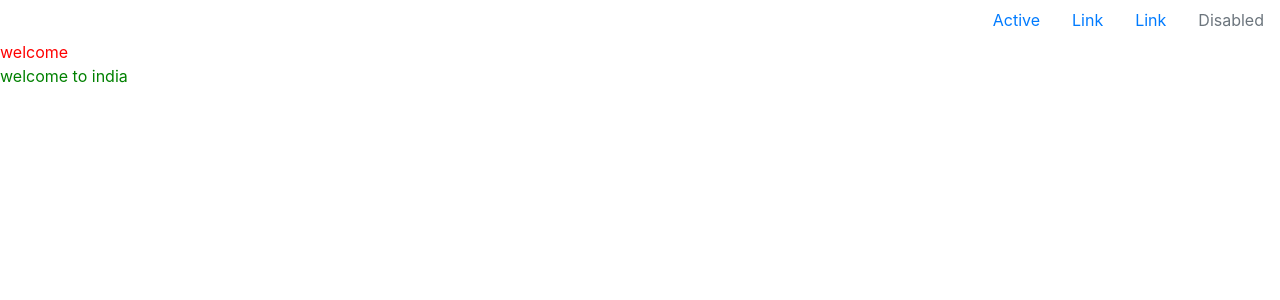
Repository: Green-Technologies-Angular/HTML
Page: index.html
The author's editor kept a copy of each file at every save. The page is drawn from the files as they stood at one save, then again after the next save.
The browser window is 1280 px wide. The pictures show the whole page.
Some web libraries are served in a nearby version.

Above is the page before, as saved 2019-01-30 09:44:58.

### index.html
<!DOCTYPE html>
<html>

<head>
    <title>Title of the document</title>
    <link rel="stylesheet" href="https://stackpath.bootstrapcdn.com/bootstrap/4.2.1/css/bootstrap.min.css" integrity="sha384-GJzZqFGwb1QTTN6wy59ffF1BuGJpLSa9DkKMp0DgiMDm4iYMj70gZWKYbI706tWS"
        crossorigin="anonymous">
    <style>
        .name{
            color:red;
        }
        .name.clr{
            color: green;
        }
    </style>
</head>

<body>
    <ul class="nav justify-content-end">
        <li class="nav-item">
            <a class="nav-link active" href="#">Active</a>
        </li>
        <li class="nav-item">
            <a class="nav-link" href="#">Link</a>
        </li>
        <li class="nav-item">
            <a class="nav-link" href="#">Link</a>
        </li>
        <li class="nav-item">
            <a class="nav-link disabled" href="#" tabindex="-1" aria-disabled="true">Disabled</a>
        </li>
    </ul>
    <div class="name" >
        welcome
    </div>
    <div class="name clr">
        welcome to india
    </div>
    <script src="https://code.jquery.com/jquery-3.3.1.slim.min.js" integrity="sha384-q8i/X+965DzO0rT7abK41JStQIAqVgRVzpbzo5smXKp4YfRvH+8abtTE1Pi6jizo"
        crossorigin="anonymous"></script>
    <script src="https://cdnjs.cloudflare.com/ajax/libs/popper.js/1.14.6/umd/popper.min.js" integrity="sha384-wHAiFfRlMFy6i5SRaxvfOCifBUQy1xHdJ/yoi7FRNXMRBu5WHdZYu1hA6ZOblgut"
        crossorigin="anonymous"></script>
    <script src="https://stackpath.bootstrapcdn.com/bootstrap/4.2.1/js/bootstrap.min.js" integrity="sha384-B0UglyR+jN6CkvvICOB2joaf5I4l3gm9GU6Hc1og6Ls7i6U/mkkaduKaBhlAXv9k"
        crossorigin="anonymous"></script>
</body>

</html>

After the next save:
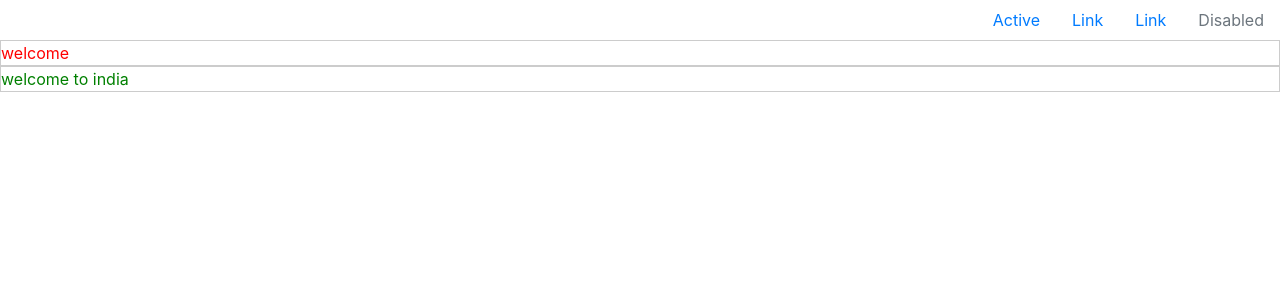
Saved 33 s later.
--- a/index.html
+++ b/index.html
@@ -8,9 +8,11 @@
     <style>
         .name{
             color:red;
+            border: 1px solid #ccc;
         }
         .name.clr{
             color: green;
+            border: 1px solid #ccc;
         }
     </style>
 </head>
